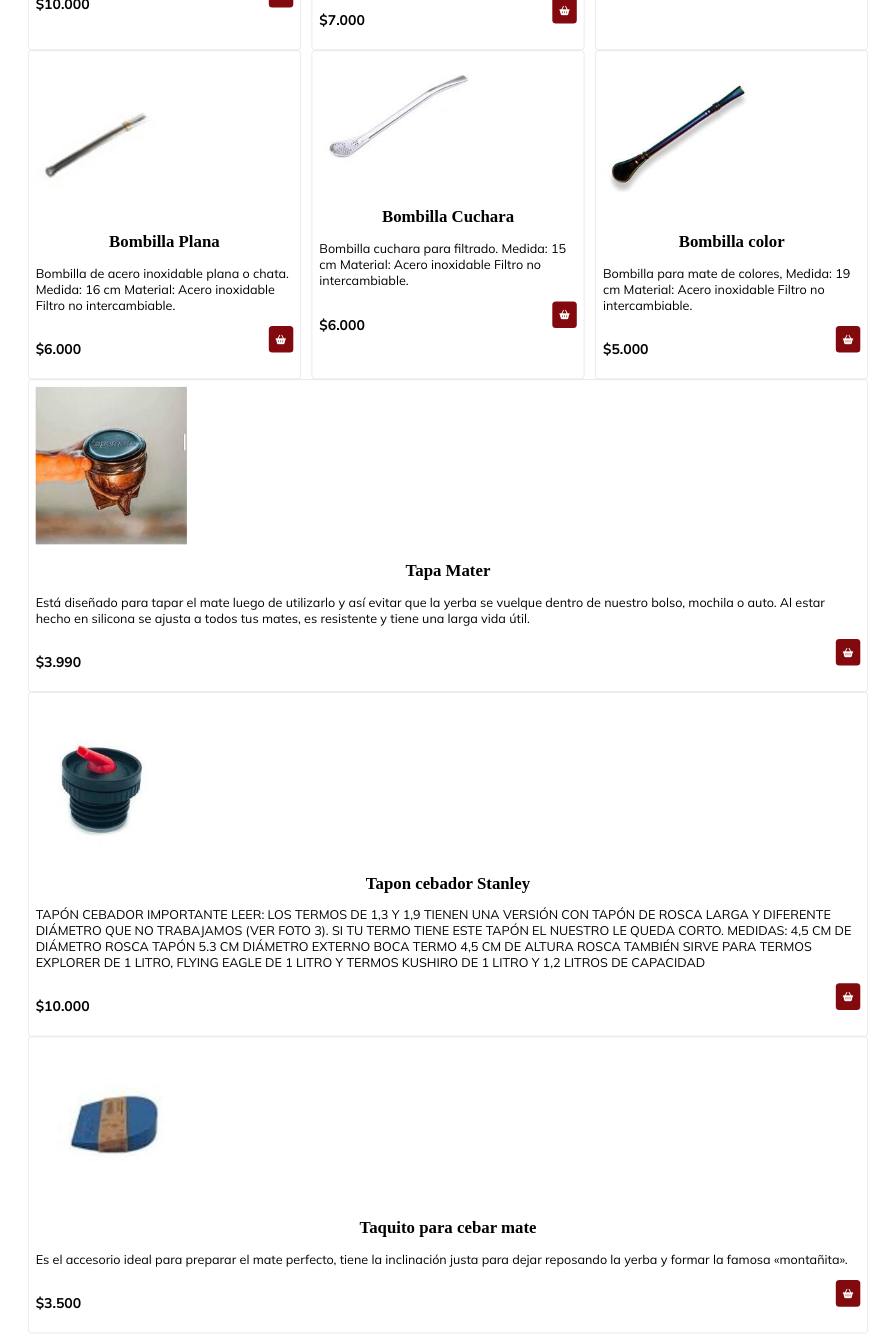
Repository: PiaTrujillo/LICANDEO-main
Page: index.html
An editor plug-in stored every save of this project. The page is shown before and after the next save, followed by the edit.
The browser window is 1280 px wide. The pictures show the part of the page from y = 2694 to 4614 px (the page is 4614 px tall before and 4568 px after), at 70% of full size.
A picture or video elsewhere on the page could not be fetched, so the positions and the page height are approximate. Some web fonts or font styles are not loaded; a fallback is used. Some web libraries are served in a nearby version.

Above is the page before, as saved 2023-05-12 17:52:03.

After the next save:
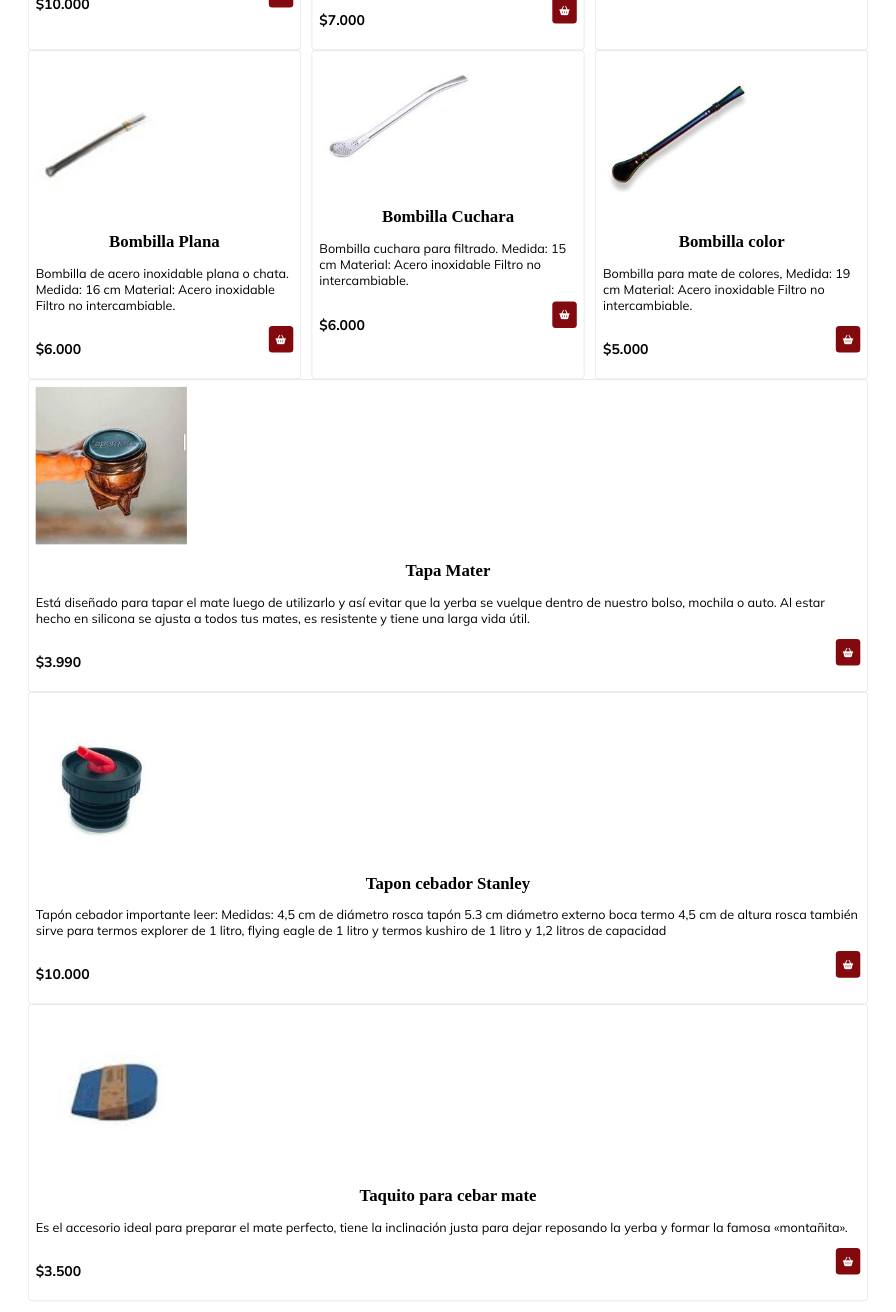
Saved 7 min 47 s later.
--- a/index.html
+++ b/index.html
@@ -281,13 +281,10 @@
         <img data-src="/imag/taponcebador.jpg" alt="taponcebador" />
         <h2>Tapon cebador Stanley</h2>
         <p>
-          TAPÓN CEBADOR IMPORTANTE LEER: LOS TERMOS DE 1,3 Y 1,9 TIENEN UNA
-          VERSIÓN CON TAPÓN DE ROSCA LARGA Y DIFERENTE DIÁMETRO QUE NO
-          TRABAJAMOS (VER FOTO 3). SI TU TERMO TIENE ESTE TAPÓN EL NUESTRO LE
-          QUEDA CORTO. MEDIDAS: 4,5 CM DE DIÁMETRO ROSCA TAPÓN 5.3 CM DIÁMETRO
-          EXTERNO BOCA TERMO 4,5 CM DE ALTURA ROSCA TAMBIÉN SIRVE PARA TERMOS
-          EXPLORER DE 1 LITRO, FLYING EAGLE DE 1 LITRO Y TERMOS KUSHIRO DE 1
-          LITRO Y 1,2 LITROS DE CAPACIDAD
+          Tapón cebador importante leer: Medidas: 4,5 cm de diámetro rosca tapón
+          5.3 cm diámetro externo boca termo 4,5 cm de altura rosca también
+          sirve para termos explorer de 1 litro, flying eagle de 1 litro y
+          termos kushiro de 1 litro y 1,2 litros de capacidad
         </p>
         <div class="precio">
           <p>$10.000</p>
